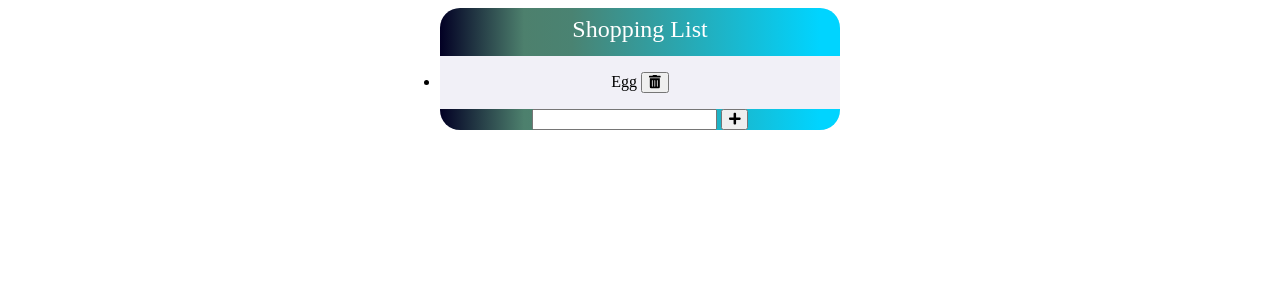
Repository: woojinShim/Browser-Study
Page: shopping/index.html
The author's editor kept a copy of each file at every save. The page is drawn from the files as they stood at one save, then again after the next save.
The browser window is 1280 px wide. The pictures show the whole page.

Above is the page before, as saved 2022-02-06 21:04:32.

### shopping/index.html
<!DOCTYPE html>
<html lang="en">
<head>
    <meta charset="UTF-8">
    <meta http-equiv="X-UA-Compatible" content="IE=edge">
    <meta name="viewport" content="width=device-width, initial-scale=1.0">
    <title>Document</title>
    <script src="main.js" defer></script>
    <link rel="stylesheet" href="style.css">
    <script src="https://use.fontawesome.com/releases/v5.15.4/js/all.js" data-auto-replace-svg="nest"></script>
</head>
<body>
    <section class="list">
        <header class="header">Shopping List</header>
        <ul class="items">
            <li class="item__row">
                <div class="item">
                    <span class="item__name">Egg</span>
                    <button class="item__delete"><i class="fas fa-trash-alt"></i></button>
                </div>
            </li>
        </ul>
        <footer class="footer">
            <input type="text" class="footer__input">
            <button class="footer__button"><i class="fas fa-plus"></i></button>
        </footer>
    </section>
</body>
</html>

### shopping/style.css
* {
  box-sizing: border-box;
}

ul {
  padding: 0;
}

body {
  background-color: ced3df;
  text-align: center;
}

.list {
  width: 400px;
  margin: auto;
  background-color: #f1f0f7;
  border-radius: 20px;
}

.header {
  height: 48px;
  padding: 8px;
  font-size: 24px;
  background: rgb(2, 0, 36);
  background: linear-gradient(
    90deg,
    rgba(2, 0, 36, 1) 0%,
    rgba(77, 128, 109, 1) 21%,
    rgba(74, 131, 114, 1) 33%,
    rgba(0, 212, 255, 1) 95%
  );
  border-radius: 20px 20px 0 0;
  color: white;
}

items {
  height: 500px;
  overflow-y: auto;
}

.footer {
  background: rgb(2, 0, 36);
  background: linear-gradient(
    90deg,
    rgba(2, 0, 36, 1) 0%,
    rgba(77, 128, 109, 1) 21%,
    rgba(74, 131, 114, 1) 33%,
    rgba(0, 212, 255, 1) 95%
  );
  border-radius: 0 0 20px 20px;
}

Loaded but not shown: shopping/main.js (no stored copy; drawn as an empty file)

After the next save:
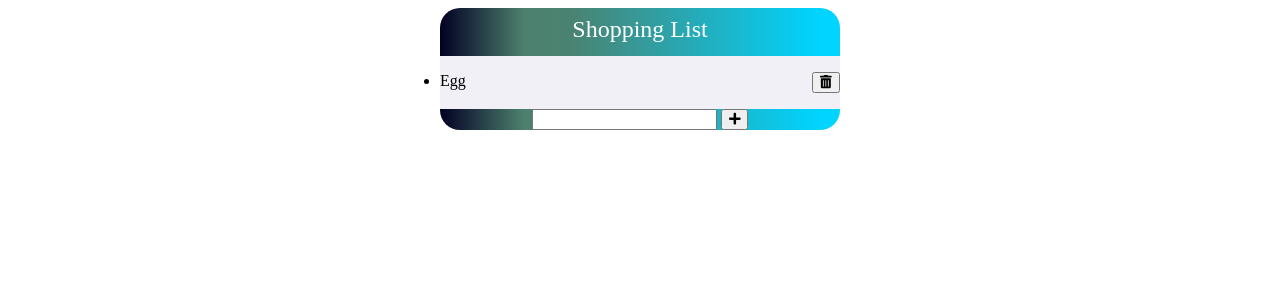
Saved 2 min 16 s later.
--- a/shopping/style.css
+++ b/shopping/style.css
@@ -39,6 +39,11 @@ items {
   overflow-y: auto;
 }
 
+.item {
+  display: flex;
+  justify-content: space-between;
+}
+
 .footer {
   background: rgb(2, 0, 36);
   background: linear-gradient(
